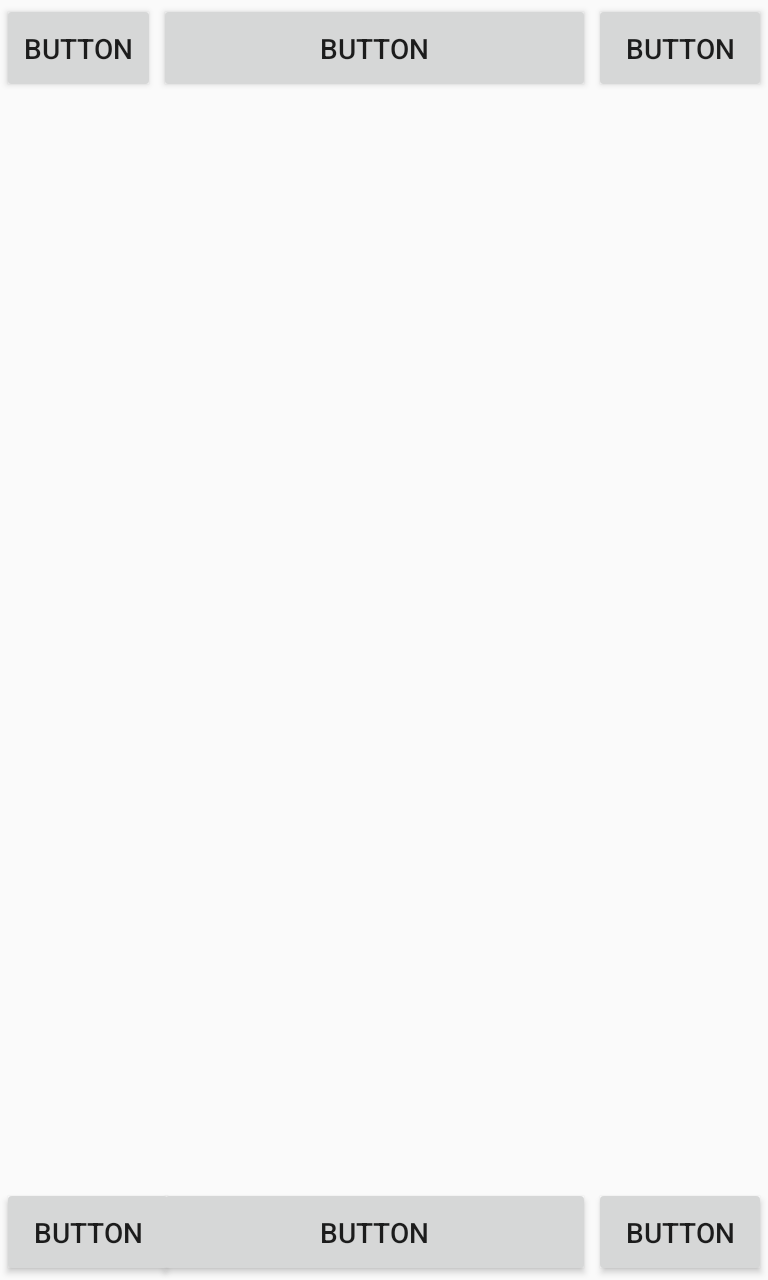
Repository: PaulAlfred/Android_Exercises
Layout: MoreLayouts/res/layout/relative_layout_top_bot_cent.xml
These files come from the project's save history. The layout is drawn as it stood at one moment and after the next save; the edit follows.
It is drawn on a 768 x 1280 px phone screen (xhdpi) without system bars, with theme AppTheme; the app's code is not run. The app's manifest (not shown) leaves right-to-left support off. So textAlignment, textDirection and layoutDirection are ignored, and left and right values win over start and end ones.

Above is the layout before, as saved 2014-10-27 01:18:24.

### MoreLayouts/res/layout/relative_layout_top_bot_cent.xml
<?xml version="1.0" encoding="utf-8"?>
<RelativeLayout xmlns:android="http://schemas.android.com/apk/res/android"
    android:layout_width="match_parent"
    android:layout_height="match_parent" >

    <Button
        android:id="@+id/button1"
        style="?android:attr/buttonStyleSmall"
        android:layout_width="wrap_content"
        android:layout_height="wrap_content"
        android:layout_alignParentLeft="true"
        android:text="Button" />

    <Button
        android:id="@+id/button2"
        android:layout_width="wrap_content"
        android:layout_height="wrap_content"
        android:layout_toLeftOf="@id/button3"
        android:layout_toRightOf="@id/button1"
        android:text="Button" />

    <Button
        android:id="@+id/button3"
        android:layout_width="wrap_content"
        android:layout_height="wrap_content"
        android:layout_alignParentRight="true"
        android:text="Button" />

    <Button
        android:id="@+id/button4"
        android:layout_width="wrap_content"
        android:layout_height="wrap_content"
        android:layout_alignParentBottom="true"
        android:layout_alignParentLeft="true"
        android:layout_alignParentRight="false"
        android:text="Button"
        android:textSize="14dp" />

    <Button
        android:id="@+id/button5"
        android:layout_width="wrap_content"
        android:layout_height="wrap_content"
        android:layout_alignParentBottom="true"
        android:layout_toLeftOf="@id/button3"
        android:layout_toRightOf="@id/button1"
        android:layout_toStartOf="@id/button4"
        android:text="Button" />

    <Button
        android:id="@+id/button6"
        android:layout_width="wrap_content"
        android:layout_height="wrap_content"
        android:layout_alignParentBottom="true"
        android:layout_alignParentRight="true"
        android:text="Button" />

</RelativeLayout>

Loaded but not shown: MoreLayouts/res/values/styles.xml (common file); MoreLayouts/res/values-v11/styles.xml (common file); MoreLayouts/res/values-v14/styles.xml (common file)

After the next save:
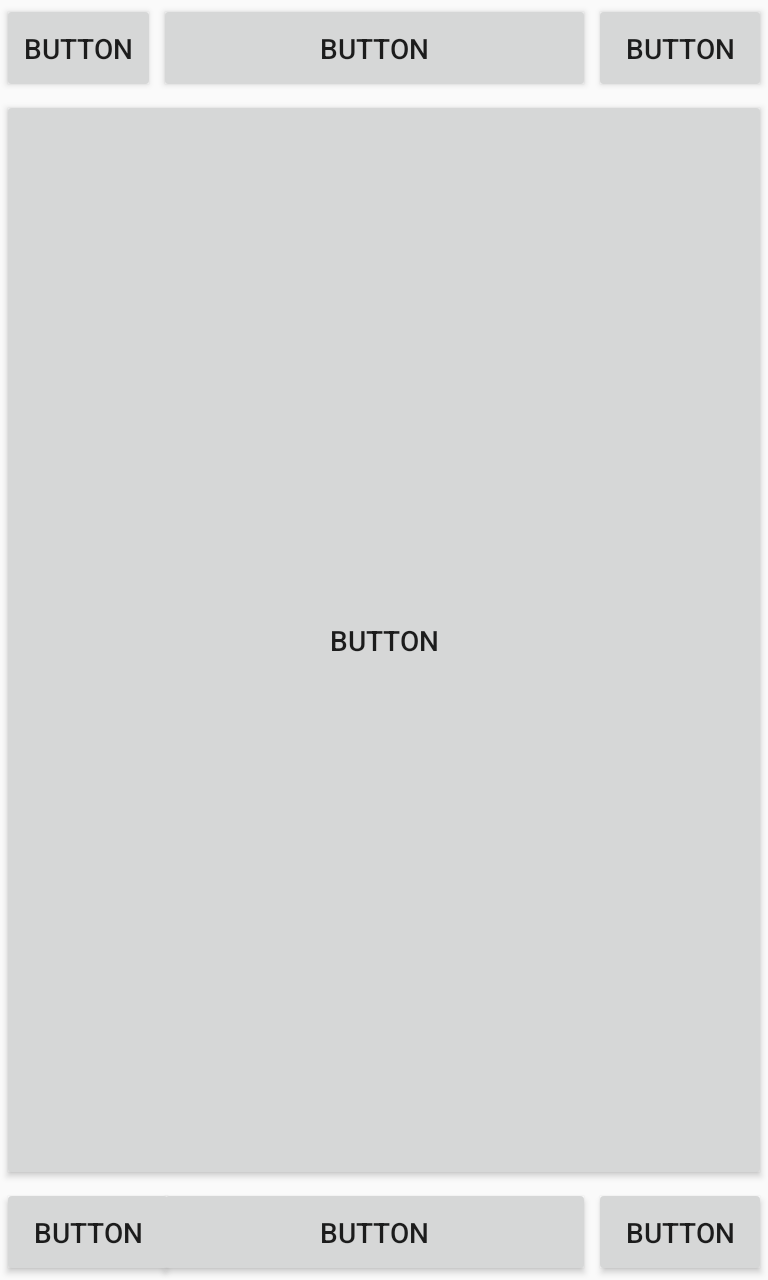
Saved 4 min 49 s later.
--- a/MoreLayouts/res/layout/relative_layout_top_bot_cent.xml
+++ b/MoreLayouts/res/layout/relative_layout_top_bot_cent.xml
@@ -54,4 +54,14 @@
         android:layout_alignParentRight="true"
         android:text="Button" />
 
+    <Button
+        android:id="@+id/button7"
+        android:layout_width="wrap_content"
+        android:layout_height="wrap_content"
+        android:layout_above="@id/button4"
+        android:layout_alignParentLeft="true"
+        android:layout_alignParentRight="true"
+        android:layout_below="@id/button2"
+        android:text="Button" />
+
 </RelativeLayout>
